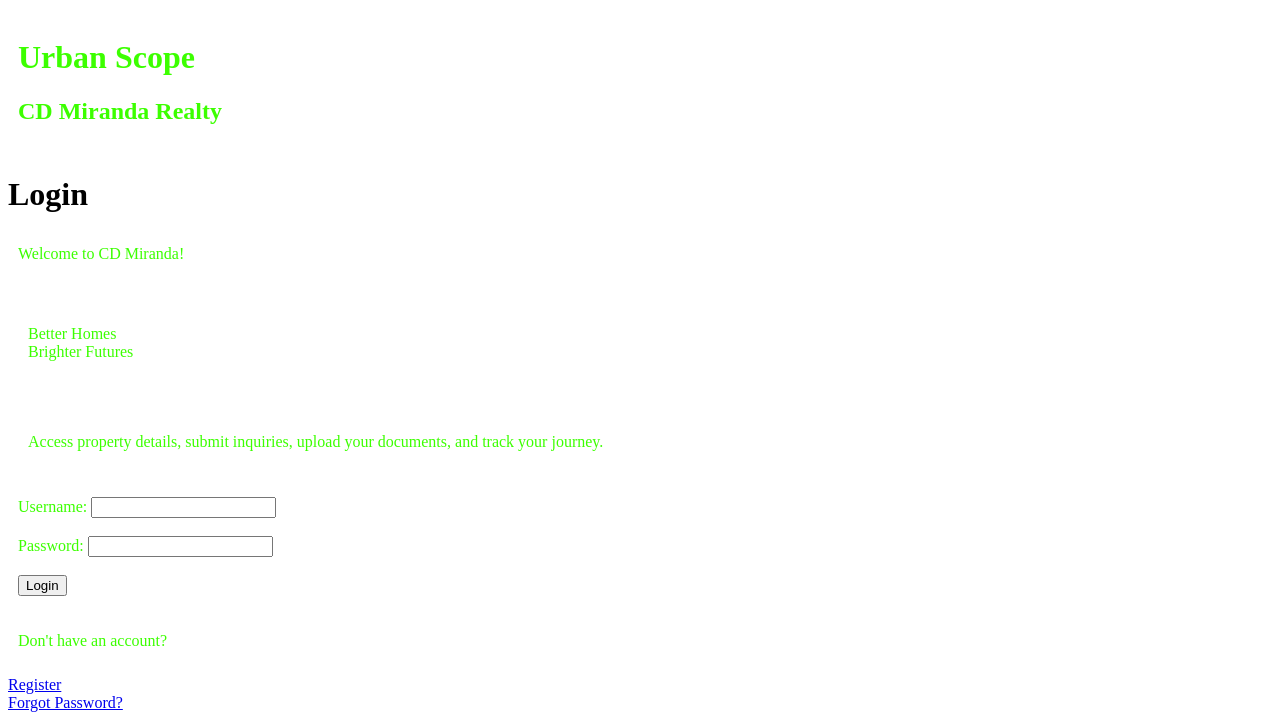
Repository: Gianeuz/CD-Miranda
Page: login/login.html
The author's editor kept a copy of each file at every save. The page is drawn from the files as they stood at one save, then again after the next save.
The browser window is 1280 px wide. The pictures show the whole page.

Above is the page before, as saved 2026-09-24 23:58:57.

### login/login.html
<!DOCTYPE html>
<html lang="en">
<head>
    <meta charset="UTF-8">
    <meta name="viewport" content="width=device-width, initial-scale=1.0">
    <link rel="icon" href="favicon.jpg" type="image/x-icon">
    <link rel="stylesheet" href="login.css">
    <title>CD Miranda</title>
</head>
<body>

    <div class="header">
        <h1>Urban Scope</h1>
        <h2>CD Miranda Realty</h2>
    </div>
<div class="welcome">
    <h1>Login</h1>
    <p>Welcome to CD Miranda!</p>
</div>

<div class="qoute">
    <p>Better Homes <br> Brighter Futures</p>
</div>

<div class="qoute-text">
    <p>Access property details, submit inquiries, upload your documents, and track your journey.</p>
</div>

<div class="login-form">
    <form action="login.php" method="post">
        <label for="username">Username:</label>
        <input type="text" id="username" name="username" required><br><br>

        <label for="password">Password:</label>
        <input type="password" id="password" name="password" required><br><br>

        <input type="submit" value="Login">
    </form>
</div>

<div class="register">
    <p>Don't have an account?</p>
    <a href="register.html">Register</a>
</div>

<div class="forgot-password">
    <a href="forgot_password.html">Forgot Password?</a>
</div>

</body>
</html>

### login/login.css
background-color {
    color:rgb(219, 255, 214)
}

p {
    background-color: #ffffff;
    color: rgb(60, 255, 0);
    padding: 10px;
    text-align: left;
}

.header {
    background-color: #ffffff;
    color: rgb(60, 255, 0);
    padding: 10px;
    text-align: left;
}

.qoute {
    background-color: #ffffff;
    color: rgb(60, 255, 0);
    padding: 10px;
    text-align: left;
}

.qoute-text {
    background-color: #ffffff;
    color: rgb(60, 255, 0);
    padding: 10px;
    text-align: left;
}

.login-form {
    background-color: #ffffff;
    color: rgb(60, 255, 0);
    padding: 10px;
    text-align: left;
}

.register{
    background-color: #ffffff;
    right: 90px;
    top: 100px;
    width: 90%;
}

.forgot-password {
    background-color: #ffffff;
    right: 90px;
    top: 100px;
    width: 90%;
}

After the next save:
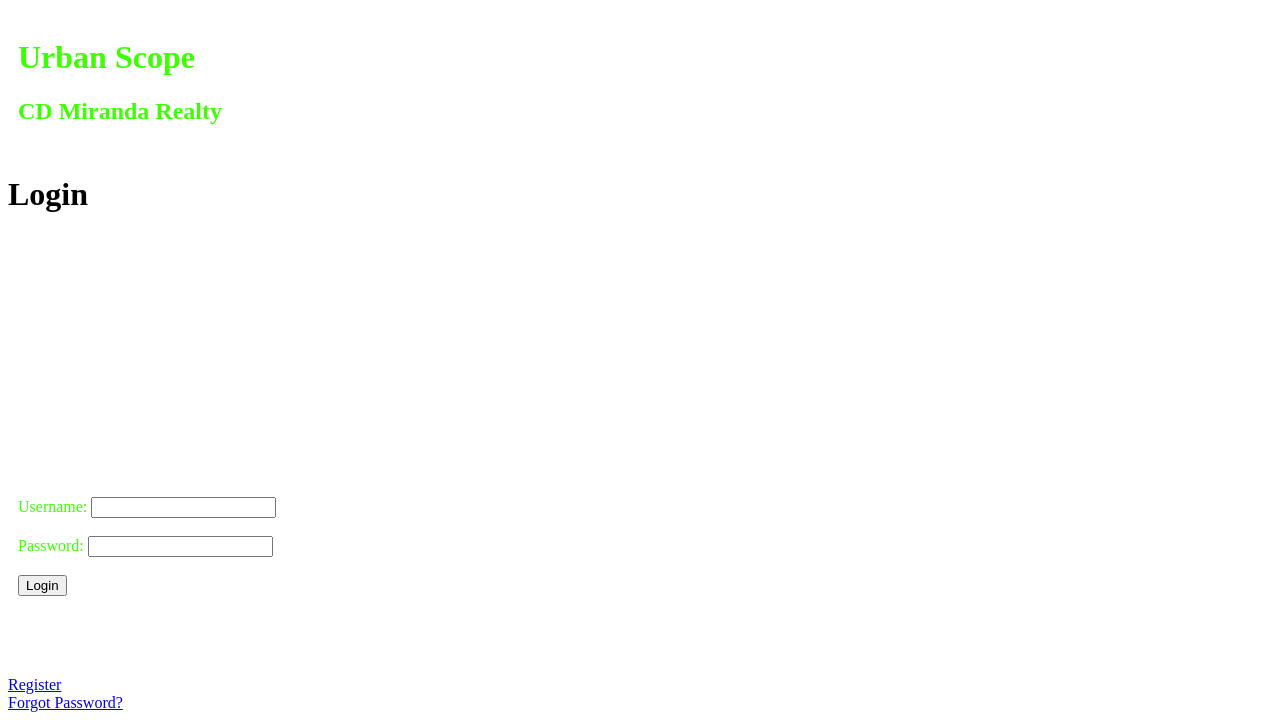
Saved 37 s later.
--- a/login/login.css
+++ b/login/login.css
@@ -4,7 +4,7 @@ background-color {
 
 p {
     background-color: #ffffff;
-    color: rgb(60, 255, 0);
+    color: rgb(255, 255, 255);
     padding: 10px;
     text-align: left;
 }
